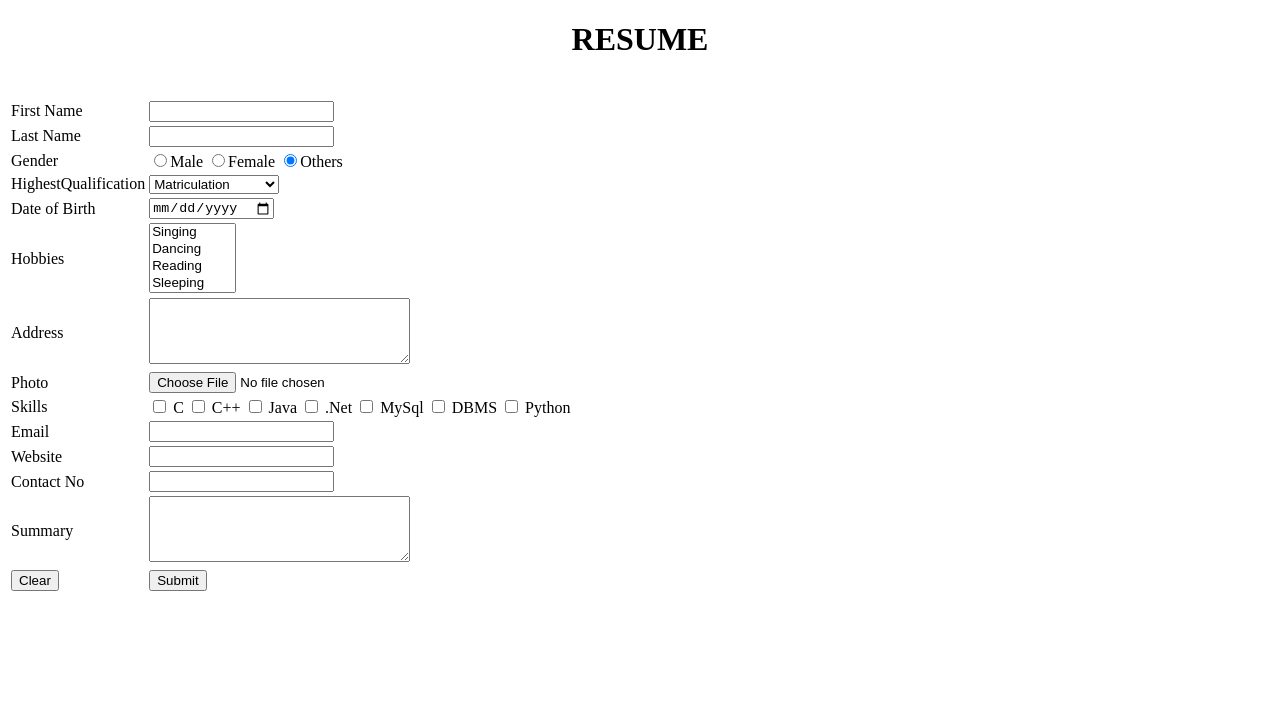
Repository: Rccalfa123/JEE
Page: MyFirstServlet/WebContent/Resume.html
These files come from the project's save history. The page is drawn as it stood at one moment and after the next save; the edit follows.
The browser window is 1280 px wide. The pictures show the whole page.

Above is the page before, as saved 2018-08-07 08:56:40.

After the next save:
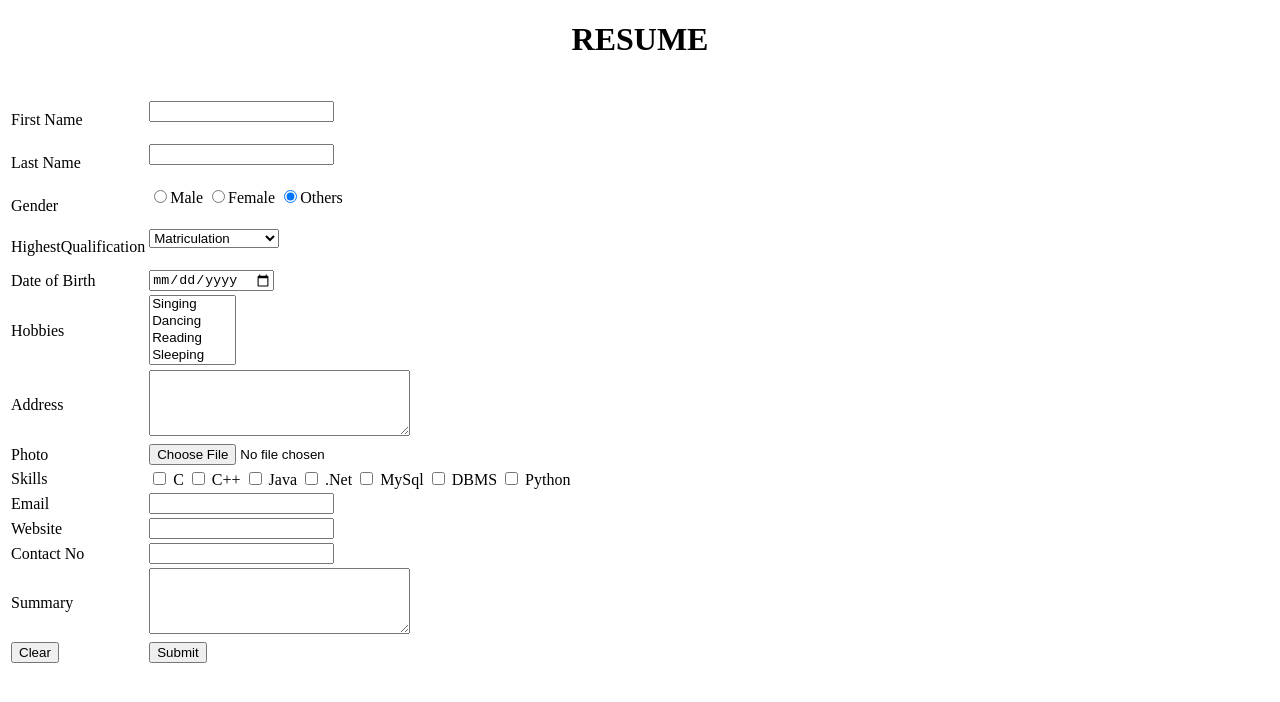
Saved 30 s later.
--- a/MyFirstServlet/WebContent/Resume.html
+++ b/MyFirstServlet/WebContent/Resume.html
@@ -8,20 +8,20 @@
    <form action="ms1.java" method="get">
    <h1 align="center"> RESUME </h1><br>
   <table>
-   <tr><td>First Name </td><td><input type="text" name="fname"><br></td></tr>
+   <tr><td>First Name </td><td><input type="text" name="fname"><br><br></td></tr>
 
-   <tr><td>Last Name</td> <td> <input type="text" name="lname"><br></td></tr>
+   <tr><td>Last Name</td> <td> <input type="text" name="lname"><br><br></td></tr>
 
    <tr><td>Gender</td> <td><input type="radio" name = "gender" value="male" checked="checked">Male
    		  <input type="radio" name = "gender" value="female" checked="checked">Female
-   		  <input type="radio" name = "gender" value="others" checked="checked">Others<br></td></tr>
+   		  <input type="radio" name = "gender" value="others" checked="checked">Others<br><br></td></tr>
 
    <tr><td>HighestQualification</td> <td><select name = "Qualification">
             <option value="matriculation">Matriculation</option>
             <option value="intermediate">Intermediate</option>
             <option value="bachaolor_degree">Bachaelor Degree</option>
             <option value="masters">Masters</option>
-   			</select></td></tr>
+   			</select><br><br></td></tr>
 
    <tr><td>Date of Birth</td><td> <input type="date" name="dob"><br></td></tr>
 
